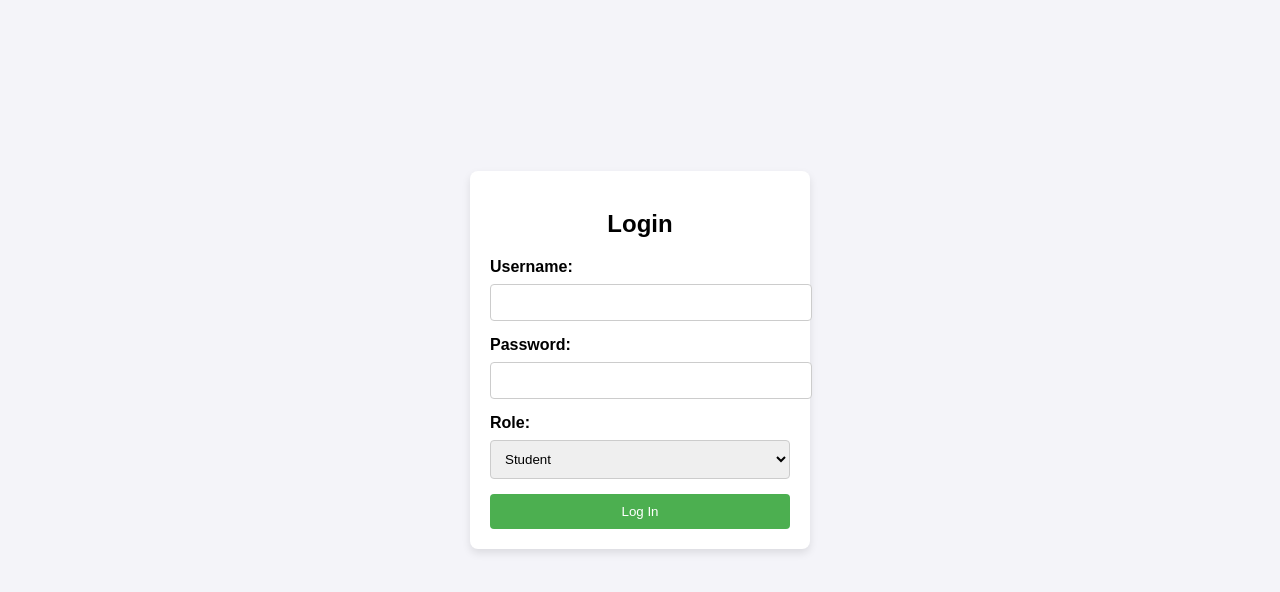
Repository: LokeshGundrathi/AssignmentLeucine
Page: AssignmentProjectLeucine/src/main/webapp/HomePage.html
The author's editor kept a copy of each file at every save. The page is drawn from the files as they stood at one save, then again after the next save.
The browser window is 1280 px wide. The pictures show the whole page.

Above is the page before, as saved 2024-09-27 17:41:29.

After the next save:
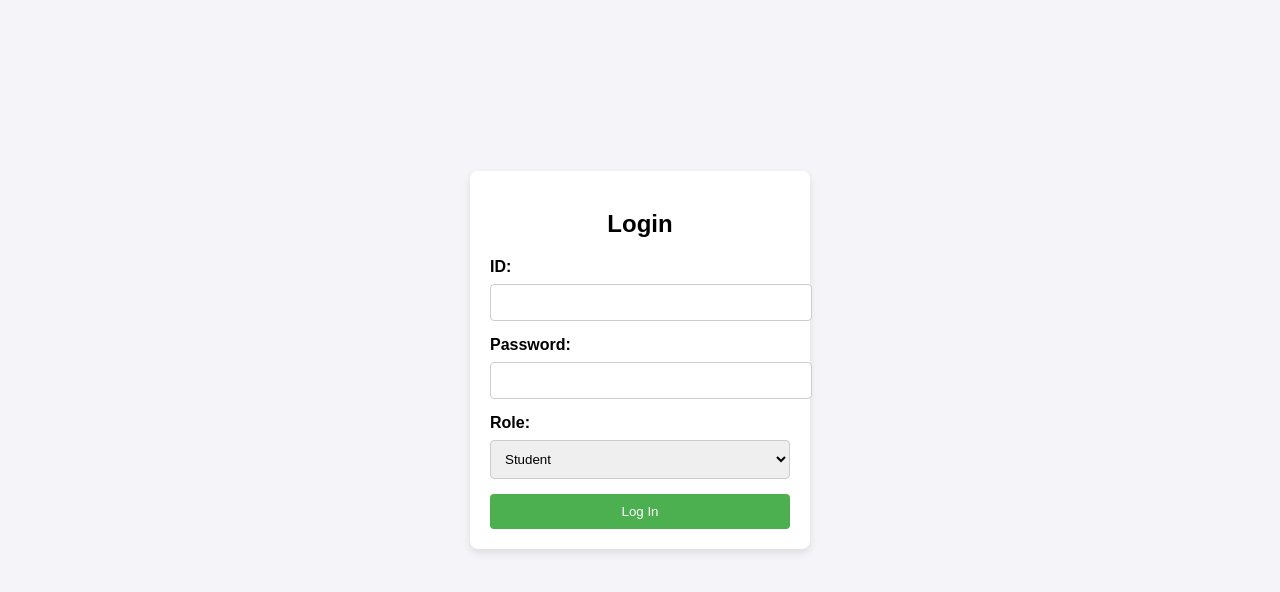
Saved 80 s later.
--- a/AssignmentProjectLeucine/src/main/webapp/HomePage.html
+++ b/AssignmentProjectLeucine/src/main/webapp/HomePage.html
@@ -64,7 +64,7 @@ button:hover {
         <h2>Login</h2>
         <form action="login" method="POST">
             <!-- Username Field -->
-            <label for="username">Username:</label>
+            <label for="username">ID:</label>
             <input type="text" id="username" name="username" required>
 
             <!-- Password Field -->
